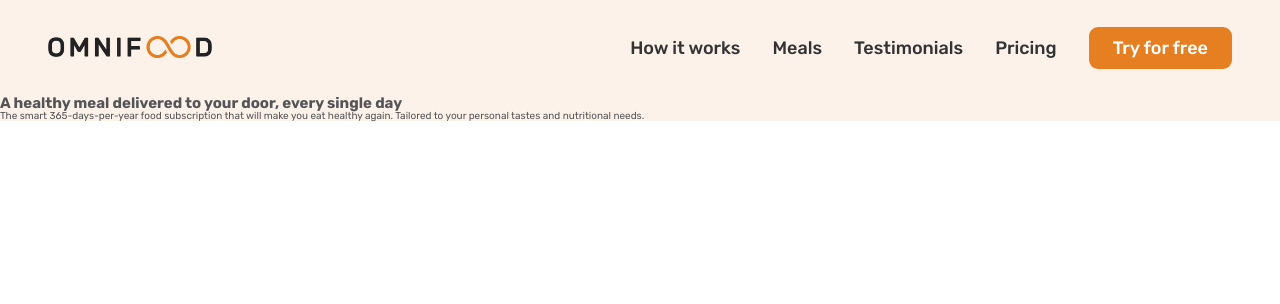
Repository: nghiakma/HTML-CSS-Fundamental
Page: Ominifood/index.html
The author's editor kept a copy of each file at every save. The page is drawn from the files as they stood at one save, then again after the next save.
The browser window is 1280 px wide. The pictures show the whole page.
Some web libraries are served in a nearby version.

Above is the page before, as saved 2023-08-28 00:05:39.

### Ominifood/index.html
<!DOCTYPE html>
<html lang="en">

<head>
  <meta charset="UTF-8">
  <meta name="viewport" content="width=device-width, initial-scale=1.0">
  <title>Document</title>


  <link rel="stylesheet" href="./style.css">
  <link rel="preconnect" href="https://fonts.gstatic.com" />
  <link href="https://fonts.googleapis.com/css2?family=Rubik:wght@400;500;600;700&display=swap" rel="stylesheet" />
  <script type="module" src="https://unpkg.com/ionicons@5.4.0/dist/ionicons/ionicons.esm.js"></script>
  <script nomodule="" src="https://unpkg.com/ionicons@5.4.0/dist/ionicons/ionicons.js"></script>

  <title>Omnifood</title>
</head>

<body>
  <header class="header">
    <a href="#">
      <img class="logo" src="img/omnifood-logo.png" alt="Omnifood logo">
    </a>
    <nav class="main-nav">
      <ul class="main-nav-list">
        <li><a class="main-nav-link" href="#">How it works</a></li>
        <li><a class="main-nav-link" href="#">Meals</a></li>
        <li><a class="main-nav-link" href="#">Testimonials</a></li>
        <li><a class="main-nav-link" href="#">Pricing</a></li>
        <li><a class="main-nav-link nav-cta" href="#">Try for free</a></li>
      </ul>
    </nav>
  </header>

  <main>
    <section class="section-hero">
      <div class="hero">
        <div class="hero-text-box">
          <h1 class="heading-primary">
            A healthy meal delivered to your door, every single day
          </h1>
          <p class="hero-description">
            The smart 365-days-per-year food subscription that will make you
            eat healthy again. Tailored to your personal tastes and
            nutritional needs.
          </p>
        </div>
      </div>
    </section>
  </main>

</body>

</html>

### Ominifood/style.css
/*
--- 01 TYPOGRAPHY SYSTEM

- Font sizes (px)
10 / 12 / 14 / 16 / 18 / 20 / 24 / 30 / 36 / 44 / 52 / 62 / 74 / 86 / 98

- Font weights
Default: 400
Medium: 500
Semi-bold: 600
Bold: 700

- Line heights
Default: 1
Small: 1.05
Medium: 1.2
Paragraph default: 1.6

- Letter spacing
-0.5px
0.75px

--- 02 COLORS

- Primary: #e67e22
- Tints:
#fdf2e9
#fae5d3
#eb984e

- Shades:
#cf711f
#45260a

- Accents:
- Greys

#888
#767676 (lightest grey allowed on #fff)
#6f6f6f (lightest grey allowed on #fdf2e9)
#555
#333

--- 05 SHADOWS

0 2.4rem 4.8rem rgba(0, 0, 0, 0.075);

--- 06 BORDER-RADIUS

Default: 9px
Medium: 11px

--- 07 WHITESPACE

- Spacing system (px)
2 / 4 / 8 / 12 / 16 / 24 / 32 / 48 / 64 / 80 / 96 / 128
*/
* {
  padding: 0;
  margin: 0;
  box-sizing: border-box;
}
html {
  font-size: 62.5%;
}
body {
  font-family: "Rubik", sans-serif;
  line-height: 1;
  font-weight: 400;
  color: #555;
}

.header {
  display: flex;
  justify-content: space-between;
  align-items: center;
  background-color: #fdf2e9;

  /* Because we want header to be sticky later */
  height: 9.6rem;
  padding: 0 4.8rem;
}

.logo {
  height: 2.2rem;
}

/**************************/
/* NAVIGATION */
/**************************/

.main-nav-list {
  list-style: none;
  display: flex;
  align-items: center;
  gap: 3.2rem;
}

.main-nav-link:link,
.main-nav-link:visited {
  display: inline-block;
  text-decoration: none;
  color: #333;
  font-weight: 500;
  font-size: 1.8rem;
  transition: all 0.3s;
}

.main-nav-link:hover,
.main-nav-link:active {
  color: #cf711f;
}

.main-nav-link.nav-cta:link,
.main-nav-link.nav-cta:visited {
  padding: 1.2rem 2.4rem;
  border-radius: 9px;
  color: #fff;
  background-color: #e67e22;
}

.main-nav-link.nav-cta:hover,
.main-nav-link.nav-cta:active {
  background-color: #cf711f;
}
/**************************/
/* HERO SECTION */
/**************************/
.section-hero {
  background-color: #fdf2e9;
}

After the next save:
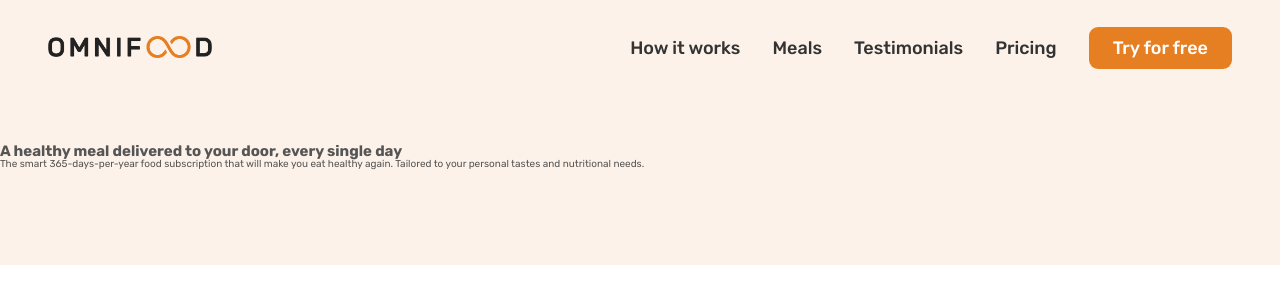
Saved 17 s later.
--- a/Ominifood/style.css
+++ b/Ominifood/style.css
@@ -128,4 +128,5 @@ body {
 /**************************/
 .section-hero {
   background-color: #fdf2e9;
+  padding: 4.8rem 0 9.6rem 0;
 }
